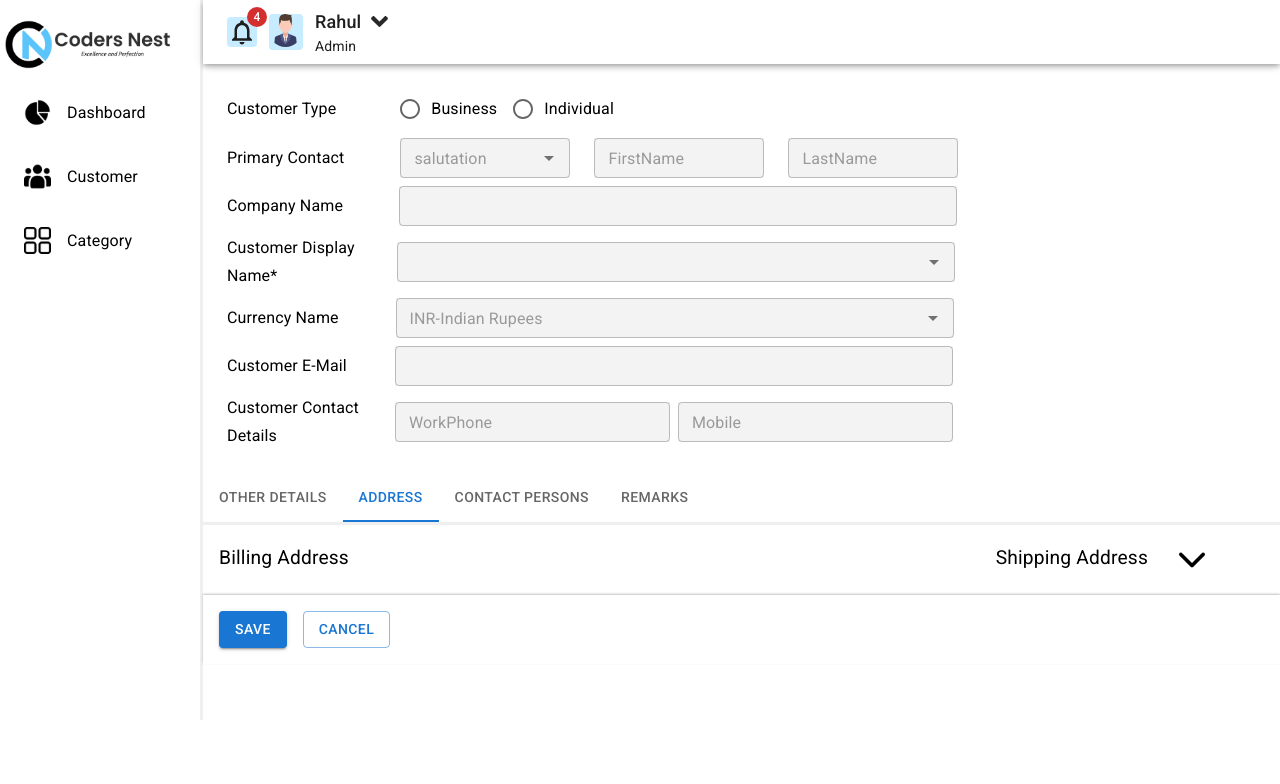
Repository: wajahadalishaik04/CN_Books
Page: /newcustomer, after clicking the first element matching `div.MuiTabs-list > :nth-child(2)`
These files come from the project's save history. The page is drawn as it stood at one moment and after a run of saves; the edit follows.
The browser window is 1280 px wide. The pictures show the whole page.
The project was rebuilt for these pictures with package versions that can differ from the ones it lists, and the page was loaded fresh each time. Also part of the build but not shown: vite.config.js, src/pages/LoginScreen.jsx, src/pages/Signin.jsx, src/pages/OtpScreen.jsx, src/pages/SignUp.jsx, src/pages/VerifyScreen.jsx, src/components/Content.jsx, src/pages/DashboardScreen.jsx and 4 more.

Above is the page before, as saved 2024-09-18 01:16:00.

### index.html
<!DOCTYPE html>
<html lang="en">
  <head>
    <meta charset="UTF-8" />
    <link rel="preconnect" href="https://fonts.googleapis.com" />
    <link rel="preconnect" href="https://fonts.gstatic.com" crossorigin />
    <link
      rel="stylesheet"
      href="https://fonts.googleapis.com/css2?family=Roboto:wght@300;400;500;700&display=swap"
    />

    <meta name="viewport" content="width=device-width, initial-scale=1.0" />
    <title>CN_BOOKS</title>
  </head>
  <body>

    <div id="root"></div>
    <script type="module" src="/src/main.jsx"></script>
  </body>
</html>

### src/main.jsx
import { createRoot } from 'react-dom/client'
import App from './App.jsx'
import { Provider } from 'react-redux'
import store from './store/store.js'
import './styles/index.css'
createRoot(document.getElementById('root')).render(
 <Provider store={store}>
   <App />
 </Provider>
)

### src/App.jsx
import React from "react";
import LoginScreen from "./pages/LoginScreen";
import { BrowserRouter, Routes, Route, Navigate } from "react-router-dom";
import Signin from "./pages/Signin";
import { useSelector } from "react-redux";
import OtpScreen from "./pages/OtpScreen";
import SignUp from "./pages/SignUp";
import VerifyScreen from "./pages/VerifyScreen";
import DashboardScreen from "./pages/DashboardScreen";
import SideBar from "./components/SideBar";
import Header from "./components/Header";
import Customer from "./pages/Customer";
import WrapComponent from "./pages/WrapComponent";
import Category from "./pages/Category";
import NewCustomer from "./pages/customerscreens/NewCustomer";

const App = () => {
  const { user } = useSelector((e) => e.userReducer);
  return (
    <>
      <BrowserRouter>
        <Routes>
          <Route element={<WrapComponent />}>
            <Route path="/dashboardscreen" element={<DashboardScreen />} />
            <Route path="/customer" element={<Customer />} />
            <Route path="/category" element={<Category />} />
            <Route path="/newcustomer" element={<NewCustomer />} />

          </Route>
          <Route
            path="/"
            element={<Navigate to={user ? "/signin" : "/LoginScreen"} />}
          />
          <Route
            path="/signin"
            element={user ? <Navigate to={"/dashboardscreen"} /> : <Signin />}
          />
          <Route path="/loginscreen" element={<LoginScreen />} />
          <Route path="/otpscreen" element={<OtpScreen />} />
          <Route path="/signup" element={<SignUp />} />
          <Route path="/verifyscreen" element={<VerifyScreen />} />
        </Routes>
      </BrowserRouter>
    </>
  );
};

export default App;

### src/styles/index.css
*
{
    margin: 0;
    padding: 0;
    border: none;

}

### src/pages/WrapComponent.jsx
import { Box } from "@mui/material";
import React from "react";
import SideBar from "../components/SideBar";
import Header from "../components/Header";
import { Outlet } from "react-router-dom";

const WrapComponent = () => {
  return (
    <>
      <Box sx={{ display: "flex" }}>
        <SideBar />
        <Box flex={1}>
          <Header />
          <Outlet/>
        </Box>
      </Box>
    </>
  );
};

export default WrapComponent;

### src/pages/customerscreens/NewCustomer.jsx
import { BorderColor, CloudUpload } from "@mui/icons-material";
import {
  Box,
  Typography,
  Button,
  Tabs,
  Tab,
  FormControl,
  InputLabel,
  Select,
  MenuItem,
  TextField,
  RadioGroup,
  FormControlLabel,
  Radio,
  Autocomplete,
  styled,
  Checkbox,
} from "@mui/material";
import React, { useState } from "react";
import { Link } from "react-router-dom";
import { images } from "../../utils/ImgUtils";


const NewCustomer = () => {
  const StyledTextField = styled(TextField)({
    backgroundColor: "#F3F3F3",
    color: "#939393",

    "&:hover": {
      backgroundColor: "#F3F3F3",
    },
    "& .MuiOutlinedInput-root": {
      "&.Mui-focused": {
        backgroundColor: "#EBF9FF", // Focused background color
        borderColor: "#5BC4FA", // Focused border color
      },
    },
  });

  // customer Type Radio
  const [value, setValue] = React.useState("");
  const handleChange = (event) => {
    setValue(event.target.value);
  };
  // primary contact:salutaion Inputfield
  const salutationOpt = ["Salutation1", "Salutation2"];
  const salutationName = {
    options: salutationOpt,
    getOptionLabel: (option) => option,
  };
  // customer Display Name Inputfield
  const customerDisplayNameOpt = ["Usman", "Ameeruddin"];
  const customerDisplayName = {
    options: customerDisplayNameOpt,
    getOptionLabel: (option) => option,
  };
  // currency Name Inputfield
  const currencyNameOpt = ["INR-Indian Rupees", "USD-United State Dollar"];
  const currencyName = {
    options: currencyNameOpt,
    getOptionLabel: (option) => option,
  };

  // Gst Treatment Name Inputfield
  const GstTreatmentNameOpt = ["OFFLINE", "ONLINE"];
  const GstTreatmentName = {
    options: GstTreatmentNameOpt,
    getOptionLabel: (option) => option,
  };
  // place Of Supply Name Inputfield
  const placeofSupplyNameOpt = ["ANDHRAPRADESH", "GUJARAT", "TAMILNADU"];
  const placeofSupplyName = {
    options: placeofSupplyNameOpt,
    getOptionLabel: (option) => option,
  };
  // Tax Exempt Type Radio
  const [taxvalue, setTaxValue] = React.useState("");
  const taxhandleChange = (event) => {
    setTaxValue(event.target.value);
  };
  // payment Terms Inputfield
  const paymentTermsOpt = ["30days", "60days"];
  const paymentTerms = {
    options: paymentTermsOpt,
    getOptionLabel: (option) => option,
  };
  // portal Language Inputfield
  const portalLanguageOpt = ["English", "Hindi", "Tamil", "Urdu"];
  const portalLanguage = {
    options: portalLanguageOpt,
    getOptionLabel: (option) => option,
  };
  // documents upload
  const VisuallyHiddenInput = styled("input")({
    clip: "rect(0 0 0 0)",
    clipPath: "inset(50%)",
    height: 1,
    overflow: "hidden",
    position: "absolute",
    bottom: 0,
    left: 0,
    whiteSpace: "nowrap",
    width: 1,
  });

  // menu Tabs section
  const [tabsValue, setTabsValue] = useState(0);

  const handleTabChange = (event, newValue) => {
    setTabsValue(newValue);
  };

  return (
    <Box sx={{ display: "flex", height: "100vh" }}>
      <Box sx={{ flexGrow: 1 }}>
        <Box padding={3}>
          {/* Customer Type */}
          <Box sx={{ display: "flex", gap: 8, alignItems: "center" }}>
            <Typography>Customer Type</Typography>
            <FormControl>
              <RadioGroup row value={value} onChange={handleChange}>
                <FormControlLabel
                  value="Business"
                  control={<Radio />}
                  label="Business"
                />
                <FormControlLabel
                  value="Individual"
                  control={<Radio />}
                  label="Individual"
                />
              </RadioGroup>
            </FormControl>
          </Box>
          {/* primary Contact Input Field */}
          <Box
            sx={{
              display: "flex",
              mt: 1,
              alignItems: "center",
              gap: 7,
              fontWeight: 400,
            }}
          >
            <Typography variant="subtitle1">Primary Contact</Typography>
            <Box
              sx={{ display: "flex", justifyContent: "space-between", gap: 3 }}
            >
              <Autocomplete
                size="small"
                {...salutationName}
                id="salutationName"
                disableClearable
                renderInput={(params) => (
                  <StyledTextField
                    sx={{ width: 170 }}
                    size="small"
                    placeholder="salutation"
                    {...params}
                    variant="outlined"
                  />
                )}
              />
              <StyledTextField
                size="small"
                sx={{ width: 170 }}
                placeholder="FirstName"
              />
              <StyledTextField
                size="small"
                sx={{ width: 170 }}
                placeholder="LastName"
              />
            </Box>
          </Box>
          {/* company Name Input Field */}
          <Box
            sx={{
              display: "flex",
              mt: 1,
              alignItems: "center",
              gap: 7,
              fontWeight: 400,
            }}
          >
            <Typography variant="subtitle1">Company Name</Typography>
            <Box width={558}>
              <StyledTextField fullWidth size="small" />
            </Box>
          </Box>
          {/* customer Display Name Input Field  */}
          <Box
            sx={{
              display: "flex",
              mt: 1,
              alignItems: "center",
              gap: 5.3,
              fontWeight: 400,
            }}
          >
            <Typography variant="subtitle1">
              Customer Display<br></br> Name*
            </Typography>
            <Box width={558}>
              <Autocomplete
                size="small"
                {...customerDisplayName}
                id="customerDisplayName"
                disableClearable
                renderInput={(params) => (
                  <StyledTextField
                    fullWidth
                    size="small"
                    {...params}
                    variant="outlined"
                  />
                )}
              />
            </Box>
          </Box>
          {/* Currency Input Field */}
          <Box
            sx={{
              display: "flex",
              mt: 1,
              alignItems: "center",
              gap: 7.1,
              fontWeight: 400,
            }}
          >
            <Typography variant="subtitle1">Currency Name</Typography>
            <Box width={558}>
              <Autocomplete
                size="small"
                {...currencyName}
                id="currencyName"
                disableClearable
                renderInput={(params) => (
                  <StyledTextField
                    placeholder="INR-Indian Rupees"
                    fullWidth
                    size="small"
                    {...params}
                    variant="outlined"
                  />
                )}
              />
            </Box>
          </Box>
          {/* Customer E-mail Input Field */}
          <Box
            sx={{
              display: "flex",
              mt: 1,
              alignItems: "center",
              gap: 6,
              fontWeight: 400,
            }}
          >
            <Typography variant="subtitle1">Customer E-Mail</Typography>
            <Box width={558}>
              <StyledTextField fullWidth size="small" />
            </Box>
          </Box>
          {/* Customer Contact Details Input Field */}
          <Box
            sx={{
              display: "flex",
              mt: 1,
              alignItems: "center",
              gap: 4.5,
              fontWeight: 400,
            }}
          >
            <Typography variant="subtitle1">
              Customer Contact<br></br> Details
            </Typography>
            <Box width={558} display={"flex"} gap={1}>
              <StyledTextField
                size="small"
                sx={{ width: 279 }}
                placeholder="WorkPhone"
              />
              <StyledTextField
                size="small"
                sx={{ width: 279 }}
                placeholder="Mobile"
              />
            </Box>
          </Box>
        </Box>
        {/* Tab Section */}
        <Tabs
          sx={{ borderBottom: "3px solid #EFEFEF" }}
          value={tabsValue}
          onChange={handleTabChange}
        >
          <Tab label="Other Details" />
          <Tab label="Address" />
          <Tab label="Contact Persons" />
          <Tab label="Remarks" />
        </Tabs>
        {tabsValue === 0 && (
          <Box sx={{ padding: 2 }}>
            {/* GST Treatment */}
            <Box
              sx={{
                display: "flex",
                mt: 1,
                alignItems: "center",
                gap: 7.1,
                fontWeight: 400,
              }}
            >
              <Typography variant="subtitle1">Gst Treatment*</Typography>
              <Box width={558}>
                <Autocomplete
                  size="small"
                  {...GstTreatmentName}
                  id="GstTreatmentName"
                  disableClearable
                  renderInput={(params) => (
                    <StyledTextField
                      placeholder="Select a GST treatment"
                      fullWidth
                      size="small"
                      {...params}
                      variant="outlined"
                    />
                  )}
                />
              </Box>
            </Box>
            {/* Place of Supply */}
            <Box
              sx={{
                display: "flex",
                mt: 1,
                alignItems: "center",
                gap: 6,
                fontWeight: 400,
              }}
            >
              <Typography variant="subtitle1">Place of Supply*</Typography>
              <Box width={558}>
                <Autocomplete
                  size="small"
                  {...placeofSupplyName}
                  id="placeofSupplyName"
                  disableClearable
                  renderInput={(params) => (
                    <StyledTextField
                      required
                      fullWidth
                      size="small"
                      {...params}
                      variant="outlined"
                    />
                  )}
                />
              </Box>
            </Box>
            {/* pan Input field */}

            <Box
              sx={{
                display: "flex",
                mt: 1,
                alignItems: "center",
                gap: 17.3,
                fontWeight: 400,
              }}
            >
              <Typography variant="subtitle1">Pan</Typography>
              <Box width={558}>
                <StyledTextField fullWidth size="small" />
              </Box>
            </Box>
            {/* Tax Preference Input Field */}
            <Box sx={{ display: "flex", gap: 7, mt: 1, alignItems: "center" }}>
              <Typography>Tax Preference*</Typography>
              <FormControl>
                <RadioGroup row value={taxvalue} onChange={taxhandleChange}>
                  <FormControlLabel
                    value="Business"
                    control={<Radio />}
                    label="Taxable"
                  />
                  <FormControlLabel
                    value="Individual"
                    control={<Radio />}
                    label="Tax Exempt"
                  />
                </RadioGroup>
              </FormControl>
            </Box>
            {/* payment Terms input field */}
            <Box
              sx={{
                display: "flex",
                mt: 1,
                alignItems: "center",
                gap: 6.5,
                fontWeight: 400,
              }}
            >
              <Typography variant="subtitle1">Payment Terms</Typography>
              <Box width={558}>
                <Autocomplete
                  size="small"
                  {...paymentTerms}
                  id="paymentTerms"
                  disableClearable
                  renderInput={(params) => (
                    <StyledTextField
                      placeholder="Due on Receipt"
                      fullWidth
                      size="small"
                      {...params}
                      variant="outlined"
                    />
                  )}
                />
              </Box>
            </Box>
            {/* Enable portal Access */}
            <Box sx={{ display: "flex", gap: 8, mt: 1, alignItems: "center" }}>
              <Typography>Enable Portal?</Typography>
              <FormControlLabel
                sx={{ color: "#939393" }}
                control={<Checkbox />}
                label="Allow Portal access for this customer"
              />
            </Box>
            {/* Portal Language */}
            <Box
              sx={{
                display: "flex",
                mt: 1,
                alignItems: "center",
                gap: 6,
                fontWeight: 400,
              }}
            >
              <Typography variant="subtitle1">portal Language </Typography>
              <Box width={558}>
                <Autocomplete
                  size="small"
                  {...portalLanguage}
                  id="portalLanguage"
                  disableClearable
                  renderInput={(params) => (
                    <StyledTextField
                      placeholder="Select Portal Language"
                      fullWidth
                      size="small"
                      {...params}
                      variant="outlined"
                    />
                  )}
                />
              </Box>
            </Box>
            {/* Upload Documents */}
            <Box
              sx={{
                display: "flex",
                mt: 2,
                alignItems: "center",
                gap: 11,
                fontWeight: 400,
              }}
            >
              <Typography variant="subtitle1">Documents </Typography>
              <Box display={"flex"} flexDirection={"column"}>
                <Button
                  sx={{
                    width: 180,
                    backgroundColor: "#F3F3F3",
                    color: "#939393",
                  }}
                  component="label"
                  role={undefined}
                  variant="contained"
                  tabIndex={-1}
                  startIcon={<CloudUpload />}
                >
                  Upload files
                  <VisuallyHiddenInput
                    type="file"
                    onChange={(event) => console.log(event.target.files)}
                    multiple
                  />
                </Button>
                <Typography variant="caption" color="#939393">
                  You can upload the maximum of 3 files, 10MB each
                </Typography>
              </Box>
            </Box>
            {/* website url Document */}

            <Box
              sx={{
                display: "flex",
                mt: 1,
                alignItems: "center",
                gap: 10.5,
                fontWeight: 400,
              }}
            >
              <Typography variant="subtitle1">Documents</Typography>
              <Box width={558}>
                <StyledTextField
                  placeholder="Website Url"
                  type="url"
                  fullWidth
                  size="small"
                />
              </Box>
            </Box>
            {/* Department InputField */}
            <Box
              sx={{
                display: "flex",
                mt: 1.5,
                alignItems: "center",
                gap: 10,
                fontWeight: 400,
              }}
            >
              <Typography variant="subtitle1">Department</Typography>
              <Box width={558}>
                <StyledTextField

                  fullWidth
                  size="small"
                />
              </Box>
            </Box>
            {/* customer Owner */}
            <Box
              sx={{
                display: "flex",
                mt: 4,
                marginBottom:3,

                alignItems: "center",
                gap:5,
                fontWeight: 400,
              }}
            >
              <Typography variant="subtitle1">Customer Owner:</Typography>
              <Box  sx={{display:"flex", alignItems:"center"}}>
                <Typography color="#939393"  variant="caption">Assign a user as the customer owner to provide access only to the data of this customer.<Box component={Link} sx={{color:"#5BC4FA",textDecoration:"none"}}>Learn more</Box></Typography>
              </Box>
            </Box>
          </Box>
        )}
        {tabsValue === 1 && (
          <Box sx={{ padding: 2 }}>
           {/* Billing & shipping Address */}
           <Box sx={{display:"flex",justifyContent:"space-between"}}>
            <Typography variant="subtitle1"fontSize={"1.2rem"}>Billing Address</Typography>
            <Box sx={{display:"flex",paddingRight:5,gap:1.5}}>
            <Typography variant="subtitle1"fontSize={"1.2rem"}>Shipping Address</Typography>
           <Box component={Button} variant="text"> <img src={images.Arrowdownicon} alt="" /></Box>

            </Box>
            </Box>

            </Box>
        )}
        {/* footerButtons */}
        <Box sx={{ display: "flex",p:2,boxShadow:"0 -1px 2px #00000040" }}>
          <Button variant="contained" sx={{ marginRight: 2 }}>
            Save
          </Button>
          <Button variant="outlined">Cancel</Button>
        </Box>
      </Box>
    </Box>
  );
};

export default NewCustomer;

Loaded but not shown: src/utils/ImgUtils.js (33 lines, source omitted); src/store/reducer.js (9 lines, source omitted); src/store/store.js (7 lines, source omitted); src/components/Header.jsx (82 lines, source omitted); src/components/SideBar.jsx (103 lines, source omitted)

After the next 2 saves:
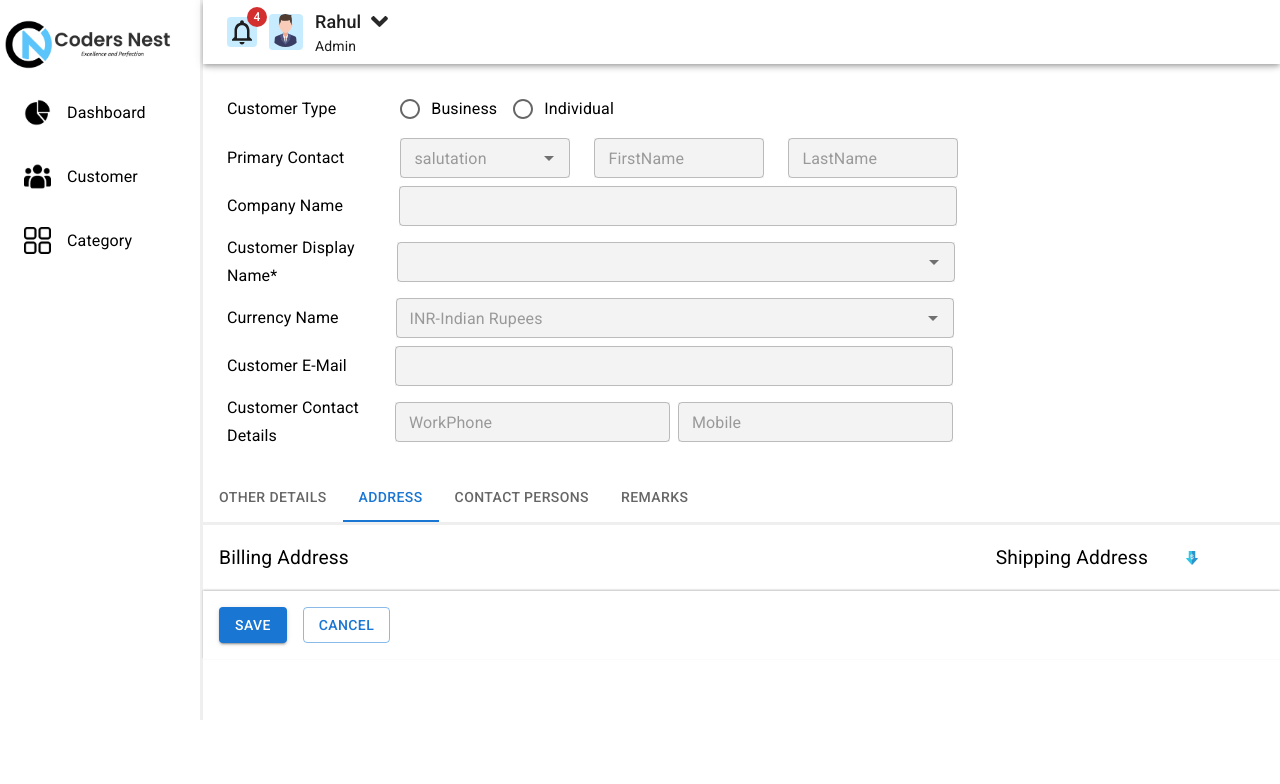
The 2 saves are shown as one change because they came seconds apart.
The last was saved 2 min 3 s later.
--- a/src/pages/customerscreens/NewCustomer.jsx
+++ b/src/pages/customerscreens/NewCustomer.jsx
@@ -564,7 +564,7 @@ const NewCustomer = () => {
             <Typography variant="subtitle1"fontSize={"1.2rem"}>Billing Address</Typography>
             <Box sx={{display:"flex",paddingRight:5,gap:1.5}}>
             <Typography variant="subtitle1"fontSize={"1.2rem"}>Shipping Address</Typography>
-           <Box component={Button} variant="text"> <img src={images.Arrowdownicon} alt="" /></Box>
+           <Box component={Button} variant="text"> <img src={images.dollararrowicon} alt="" /></Box>
 
             </Box>
             </Box>
